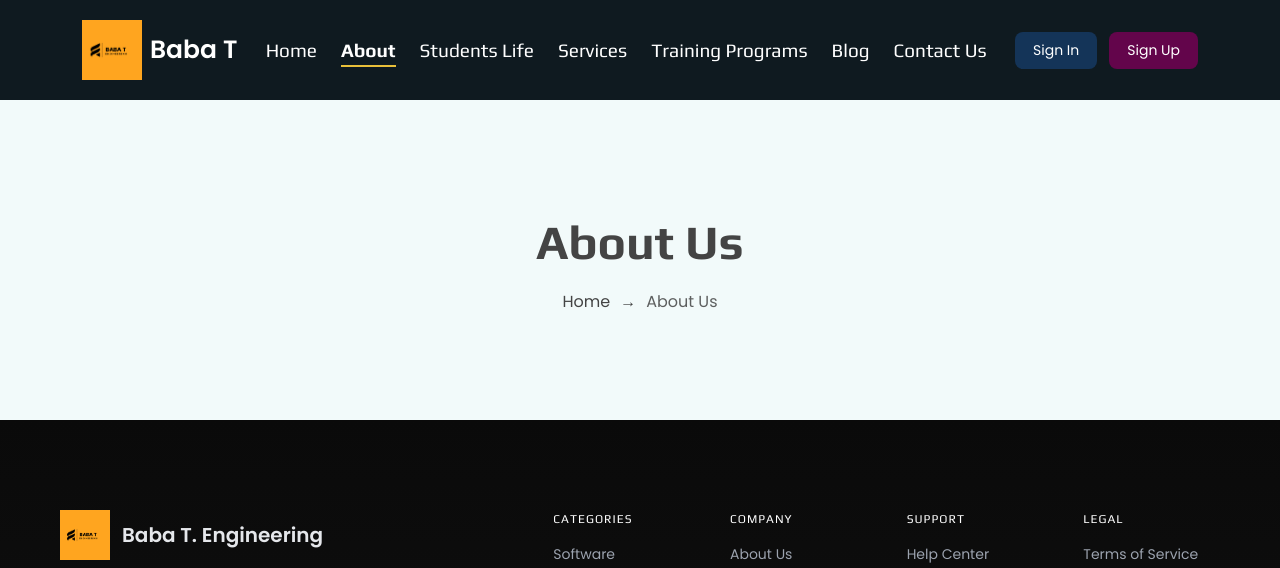
Repository: KC-Minchakpu/babatunde
Page: /about
These files come from the project's save history. The page is drawn as it stood at one moment and after the next save; the edit follows.
The browser window is 1280 px wide. The pictures show the part of the page from y = 0 to 568 px (the page is 858 px tall before and 1674 px after).
Pictures or frames that could not be fetched are drawn as grey boxes. The project was rebuilt for these pictures with package versions that can differ from the ones it lists, and the page was loaded fresh each time. The framework's server and built-in components were replaced by stand-ins that run in the browser. Also part of the build but not shown: next.config.ts.

Above is the page before, as saved 2026-02-21 09:22:08.

After the next save:
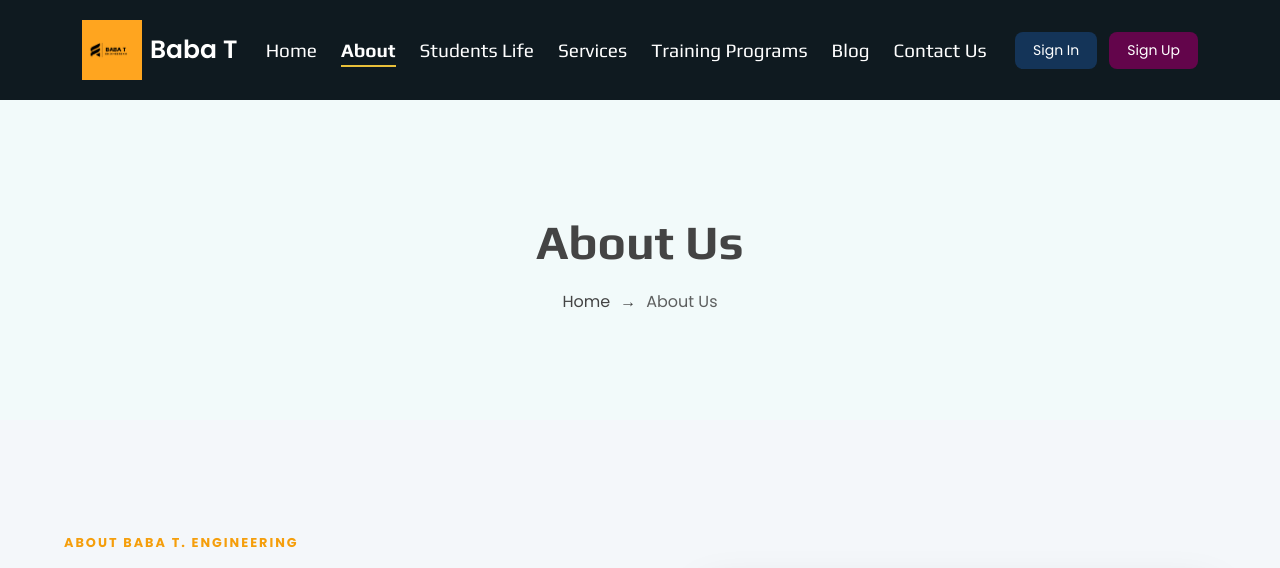
Saved 46 s later.
--- a/src/app/about/page.tsx
+++ b/src/app/about/page.tsx
@@ -1,3 +1,4 @@
+import AboutSection from "@/components/About/AboutSection";
 import PageBanner from "@/components/PageBanner/PageBanner";
 
 
@@ -5,6 +6,7 @@ export default function OurTeamPage() {
   return (
     <>
       <PageBanner title="About Us" backgroundVariant="default" />
+      <AboutSection />
 
     </>
   )}
